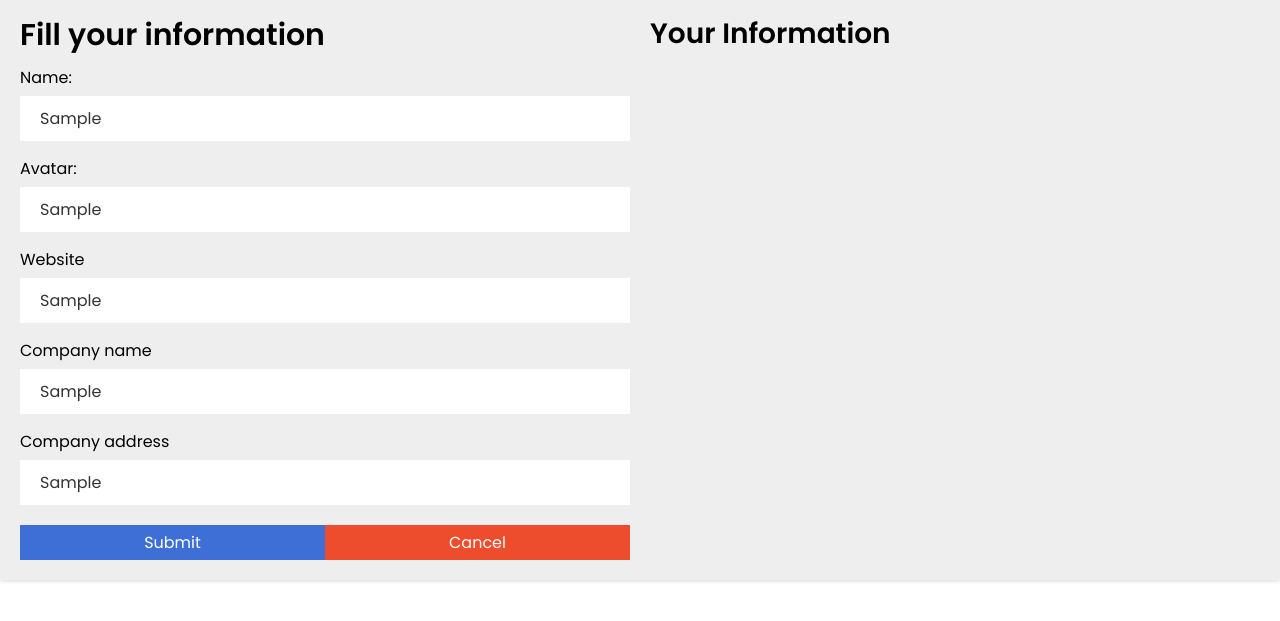
Repository: nttthao9/management
Page: index.html
An editor plug-in stored every save of this project. The page is shown before and after the next save, followed by the edit.
The browser window is 1280 px wide. The pictures show the whole page.
Empty fields were first filled with sample values (such as "Sample", 5 or name@example.com).
After loading, the first visible `button.btn` was clicked once.
The page's requests for data from a server got no answer. Some web libraries are served in a nearby version.

Above is the page before, as saved 2021-10-14 15:52:14.

### index.html
<!DOCTYPE html>
<html lang="en">

<head>
  <meta charset="UTF-8">
  <meta http-equiv="X-UA-Compatible" content="IE=edge">
  <meta name="viewport" content="width=device-width, initial-scale=1.0">
  <title>Promise</title>
  <link rel="preconnect" href="https://fonts.googleapis.com">
  <link rel="preconnect" href="https://fonts.gstatic.com" crossorigin>
  <link href="https://fonts.googleapis.com/css2?family=Poppins:wght@300;400;500;600&display=swap" rel="stylesheet">
  <link rel="stylesheet" href="https://cdnjs.cloudflare.com/ajax/libs/font-awesome/5.1.0-11/css/all.css"
    integrity="sha512-xO/VZFNBvip9IT+BD6Nq/pHdBvKeFcwygKqARlegjQ+5A68KsMSYrPbGP1oYow5ec9Tqq8peJXcn5J1bD4O00w=="
    crossorigin="anonymous" referrerpolicy="no-referrer" />
  <link rel="stylesheet" href="./style.css">
</head>

<body>
  <div class="container">
    <div class="fill-infor">
      <form action="" id="form" autocomplete="off">
        <h2 class="form-title">Fill your information</h2>
        <div class="fill fill-name">
          <label for="name">Name:</label>
          <input type="text" id="name" name="name" autocomplete="off" placeholder="Enter your name">
        </div>
        <div class="fill fill-avatar">
          <label for="avatar">Avatar:</label>
          <input type="text" id="avatar" name="avatar" placeholder="Enter your link avatar">
        </div>
        <div class="fill fill-link">
          <label for="link-web">Website</label>
          <input type="link-web" id="link-web" name="link-web" placeholder="Enter your link web">
        </div>
        <div class="fill fill-company">
          <label for="company">Company name</label>
          <input type="text" id="company-name" name="company-name" placeholder="Enter your company name">
          <label for="company">Company address</label>
          <input type="text" id="company-address" name="company-address" placeholder="Enter your company address">
        </div>
        <div class="fill-btn">
          <button type="submit" class=" btn btn-submit">Submit</button>
          <button type="submit" class=" btn update">Update</button>
          <button type="submit" class="btn btn-cancel">Cancel</button>
        </div>

      </form>
      <div class="manage">
        <h3 class="filled">Your Information</h3>
        <div class="manage-infor">


        </div>
      </div>
    </div>
  </div>
  <script src="./main.js"></script>
</body>

</html>

### style.css
html {
  box-sizing: border-box;
  font-size: 62.5%;
}
* {
  margin: 0;
  padding: 0;
}
*,
*:before,
*:after {
  box-sizing: border-box;
}
input,
textarea,
select,
button {
  outline: none;
}
input {
  line-height: normal;
}
label,
button {
  cursor: pointer;
}
a {
  text-decoration: none;
}
img {
  display: block;
  max-width: 100%;
}
body {
  font-family: 'Poppins', sans-serif;
  line-height: 1;
  font-size: 1.6rem;
}
.container {
  padding: 2rem;
  background-color: #eee;
  box-shadow: rgba(0, 0, 0, 0.16) 0px 1px 4px;
}
.btn {
  padding: 5px 1rem;
  border: 0;
  font-size: 1.3rem;
  font-family: 'Poppins', sans-serif;
  cursor: pointer;
  transition: all 0.25s linear;
  width: 10rem;
}
.btn:hover {
  color: #333;
}
.fill-infor {
  display: flex;
  justify-content: space-between;
}
.image {
  width: 50%;
}
img {
  width: 100%;
}
#form {
  width: 50%;
}
.form-title {
  font-size: 3rem;
  margin-bottom: 2rem;
}
.fill {
  margin-bottom: 2rem;
}
.fill-btn {
  display: flex;
  justify-content: space-between;
}
label,
input {
  display: block;
}
label {
  margin-bottom: 1rem;
}
input {
  width: 100%;
  padding: 1rem 2rem;
  border: 0;
  font-size: 1.6rem;
  font-family: 'Poppins', sans-serif;
  color: #333;
}
input::-webkit-input-placeholder {
  color: #ccc;
}
input::-moz-placeholder {
  color: #ccc;
}
input:-ms-input-placeholder {
  color: #ccc;
}
input::-ms-input-placeholder {
  color: #ccc;
}
input::placeholder {
  color: #ccc;
}
.btn-submit {
  width: 100%;
  font-size: 1.6rem;
  background-color: #3e6fd7;
  color: white;
}
.btn-cancel {
  font-size: 1.6rem;
  background-color: #ee4d2d;
  width: 100%;
  color: white;
}
.manage {
  width: 50%;
  margin-left: 2rem;
}
.infor-item {
  display: flex;
  /* justify-content: space-between; */
  align-items: center;
}
.infor-desc {
  margin: 0 2rem;
}
.infor-desc span {
  display: block;
  margin: 1rem 0;
}
.button {
  margin-left: auto;
}
.filled {
  font-size: 2.8rem;
  margin-bottom: 2rem;
}
.your-image {
  width: 20%;
  /* height: 5rem; */
}

.btn-update {
  background-color: #ffd839;
  margin-bottom: 1rem;
}
.btn-delete {
  background-color: #d62037;
}
.update {
  display: none;
  background-color: #0870b8;
  width: 100%;
  font-size: 1.6rem;
  color: white;
}
.manage-infor {
  overflow-y: scroll;
}
#company-name {
  margin-bottom: 2rem;
}

### main.js
const api = 'https://5fa3d0d9f10026001618df85.mockapi.io/users';
const manageInfor = document.querySelector('.manage-infor');
const inputName = document.querySelector('#name');
const inputAvatar = document.querySelector('#avatar');
const inputLinkWeb = document.querySelector('#link-web');
const inputcompanyName = document.querySelector('#company-name');
const inputcompanyAddress = document.querySelector('#company-address');
const btnSubmit = document.querySelector('.btn-submit');
const updateBtn = document.querySelector('.update');
const btnCancel = document.querySelector('.btn-cancel');

let createData = {};
let company = {};
let listItems = [];
inputName.addEventListener('change', () => {
  createData.name = inputName.value;
});
inputAvatar.addEventListener('change', () => {
  createData.avatar = inputAvatar.value;
});
inputLinkWeb.addEventListener('change', () => {
  createData.website = inputLinkWeb.value;
});
inputcompanyName.addEventListener('change', () => {
  company.name = inputcompanyName.value;
});
inputcompanyAddress.addEventListener('change', () => {
  company.adress = inputcompanyAddress.value;
  createData.company = company;
});
btnSubmit.addEventListener('click', (e) => {
  updateBtn.style.display = 'none';
  e.preventDefault();
  postData(createData).then(() => getData());
});
btnCancel.addEventListener('click', (e) => {
  e.preventDefault();
  inputName.value = '';
  inputAvatar.value = '';
  inputLinkWeb.value = '';
  inputcompanyAddress.value = '';
  inputcompanyName.value = '';
});
const getData = async () => {
  const res = await fetch(api);
  items = await res.json();
  listItems = [...items];
  renderUser(listItems);
};

getData(api);

const postData = async (createData) => {
  const res = await fetch(api, {
    method: 'POST',
    headers: {
      'Content-Type': 'application/json',
    },
    body: JSON.stringify(createData),
  });
  alert('you added a new item!');
  return res.json();
};

function renderUser(data) {
  let inforItem = data.map((item) => {
    return ` <div class="infor-item">
    <div class="your-image">
      <img src="${item.avatar}" alt="" class="image">
    </div>
    <div class="infor-desc">
      <span class="name">${item.name}</span>
      <span class="website">${item.website}</span>
      <span class="company-name">${item.company.name}</span>
      <span class="company-address">${item.company.adress}</span>
    </div>
    <div class="button">
      <button type="submit" class="btn btn-update" data-update = "${item.id}">
        <i class="fas fa-pencil-alt"></i>Update</button>
      <button type="submit" class=" btn btn-delete" data-delete="${item.id}"><i class="fas fa-eraser"></i>Delete</button>
    </div>
  </div>`;
  });
  manageInfor.innerHTML = inforItem.join('');
  const btnUpdate = document.querySelectorAll('.btn-update');
  const btnDelete = document.querySelectorAll('.btn-delete');
  btnDelete.forEach((item) => item.addEventListener('click', handleDelete));
  btnUpdate.forEach((item) => item.addEventListener('click', handleUpDate));
}

function handleDelete(e) {
  const id = e.target.dataset.delete;
  fetch(`${api}/${id}`, {
    method: 'DELETE',
  })
    .then((res) => res.json())
    .then(() => getData());
}

function handleUpDate(e) {
  updateBtn.style.display = 'block';
  btnSubmit.style.display = 'none';
  const id = e.target.dataset.update;
  const itemParent = e.target.parentNode.parentNode;
  inputName.value = itemParent.querySelector('.name').textContent;
  inputAvatar.value = itemParent.querySelector('.image').src;
  inputLinkWeb.value = itemParent.querySelector('.website').textContent;
  inputcompanyName.value =
    itemParent.querySelector('.company-name').textContent;
  inputcompanyAddress.value =
    itemParent.querySelector('.company-address').textContent;
  updateBtn.addEventListener('click', (e) => {
    e.preventDefault();
    fetch(`${api}/${id}`, {
      method: 'PUT',
      headers: {
        'Content-Type': 'application/json',
      },
      body: JSON.stringify({
        name: inputName.value,
        avatar: inputAvatar.value,
        website: inputLinkWeb.value,
        company: {
          name: inputcompanyName.value,
          adress: inputcompanyAddress.value,
        },
      }),
    })
      .then((res) => res.json())
      .then(() => getData());
    inputName.value = '';
    inputAvatar.value = '';
    inputLinkWeb.value = '';
    inputcompanyName.value = '';
    inputcompanyAddress.value = '';
    updateBtn.style.display = 'none';
    btnSubmit.style.display = 'block';
  });
}

After the next save:
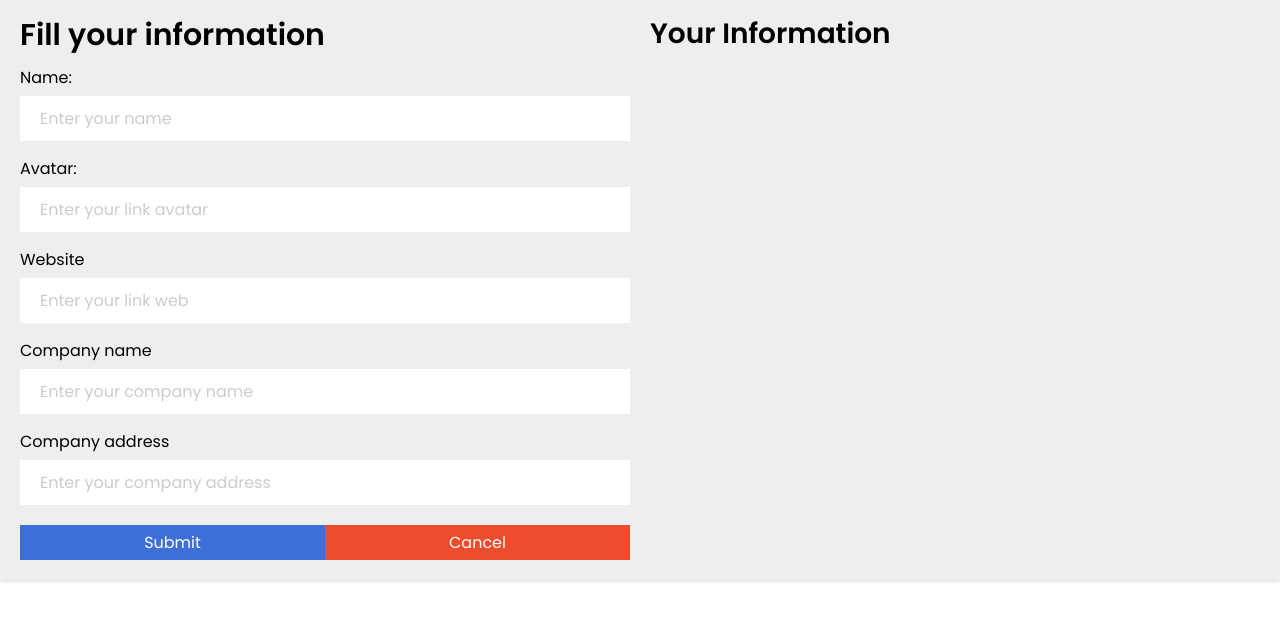
Saved 36 min 39 s later.
--- a/main.js
+++ b/main.js
@@ -28,10 +28,12 @@ inputcompanyAddress.addEventListener('change', () => {
   company.adress = inputcompanyAddress.value;
   createData.company = company;
 });
+
 btnSubmit.addEventListener('click', (e) => {
   updateBtn.style.display = 'none';
   e.preventDefault();
   postData(createData).then(() => getData());
+  clearData();
 });
 btnCancel.addEventListener('click', (e) => {
   e.preventDefault();
@@ -128,12 +130,15 @@ function handleUpDate(e) {
     })
       .then((res) => res.json())
       .then(() => getData());
-    inputName.value = '';
-    inputAvatar.value = '';
-    inputLinkWeb.value = '';
-    inputcompanyName.value = '';
-    inputcompanyAddress.value = '';
+    clearData();
     updateBtn.style.display = 'none';
     btnSubmit.style.display = 'block';
   });
 }
+function clearData() {
+  inputName.value = '';
+  inputAvatar.value = '';
+  inputLinkWeb.value = '';
+  inputcompanyName.value = '';
+  inputcompanyAddress.value = '';
+}
